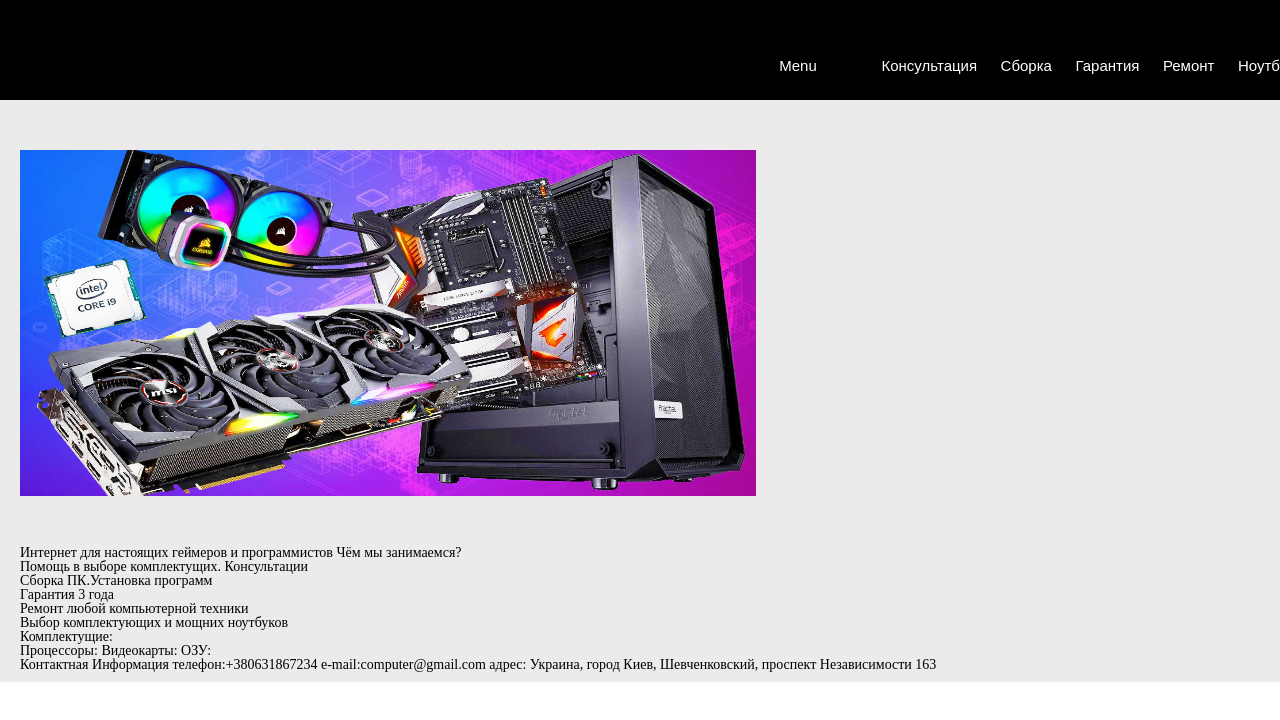
Repository: Bohdan-Sandovenko/First-Project-Flex
Page: index.html
An editor plug-in stored every save of this project. The page is shown before and after the next save, followed by the edit.
The browser window is 1280 px wide. The pictures show the whole page.
The style sheet was rebuilt from its Sass, Less or Tailwind sources for each picture, by a compiler version that may differ from the author's.

Above is the page before, as saved 2024-07-26 23:08:02.

After the next save:
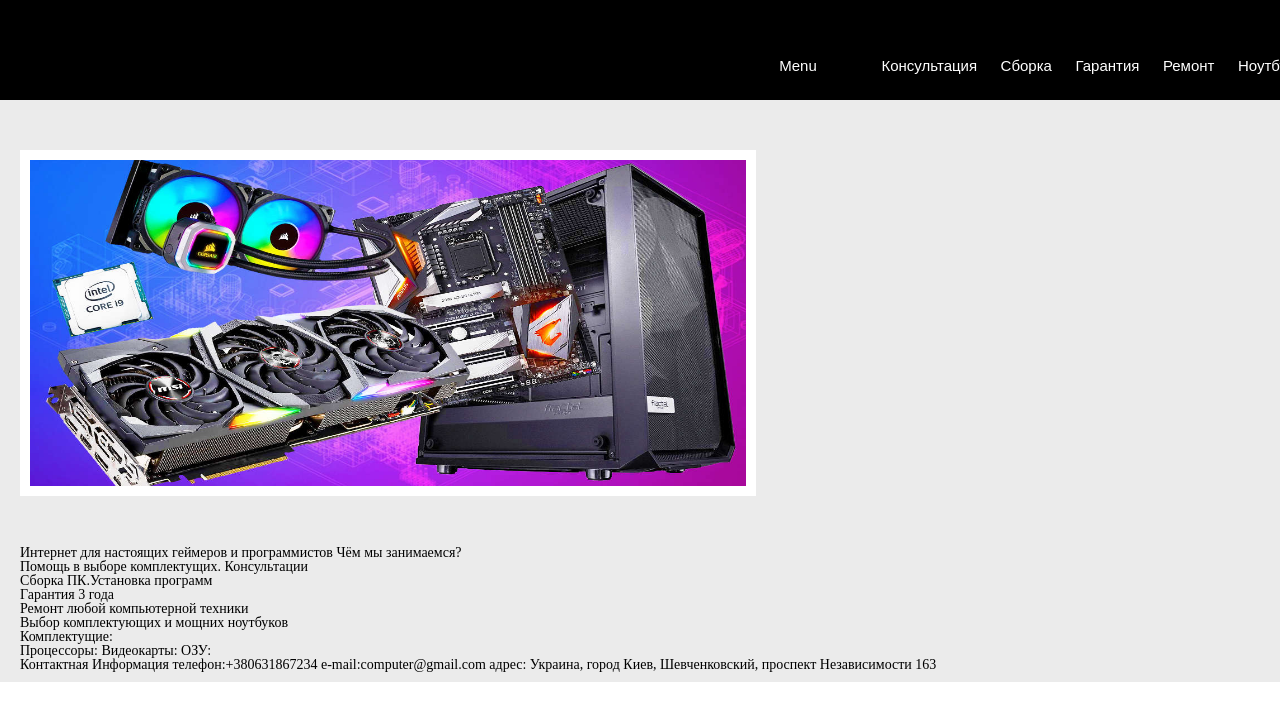
Saved 35 s later.
--- a/css/style.scss
+++ b/css/style.scss
@@ -64,6 +64,7 @@
             .content-top-image {
                 width: 736px;
                 height: 346px;
+                border: 10px solid white;
             }
         }
     }
